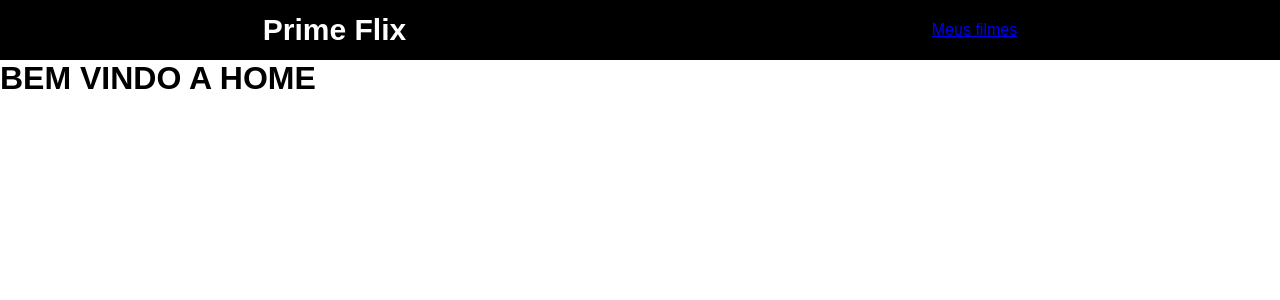
Repository: devsamuel23/primeflix_git
Page: /
An editor plug-in stored every save of this project. The page is shown before and after a run of saves, followed by the edit.
The browser window is 1280 px wide. The pictures show the whole page.
The project was rebuilt for these pictures with package versions that can differ from the ones it lists, and the page was loaded fresh each time. Also part of the build but not shown: src/pages/Filme/index.js.

Above is the page before, as saved 2023-05-19 15:17:10.

After the next 2 saves:
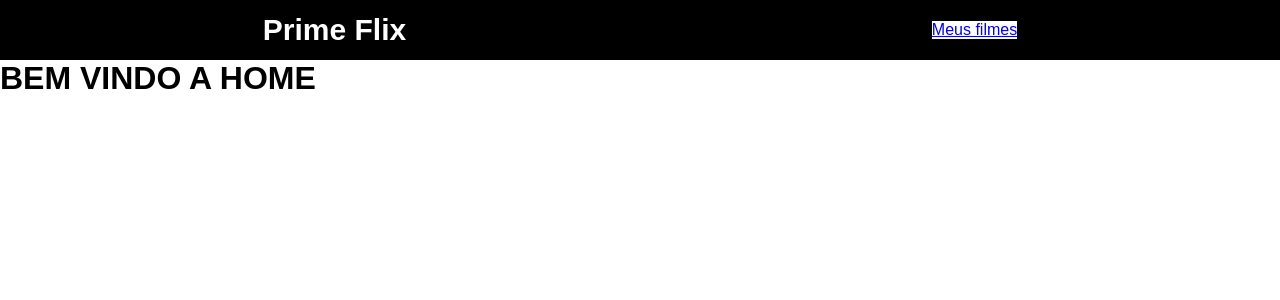
The 2 saves are shown as one change because they came seconds apart.
The last was saved 6 s later.
--- a/src/components/Header/header.css
+++ b/src/components/Header/header.css
@@ -16,5 +16,6 @@ header{
 }
 .favoritos{
     cursor: pointer;
-    background-color: #ff;
+    background-color: #fff;
+
 }
